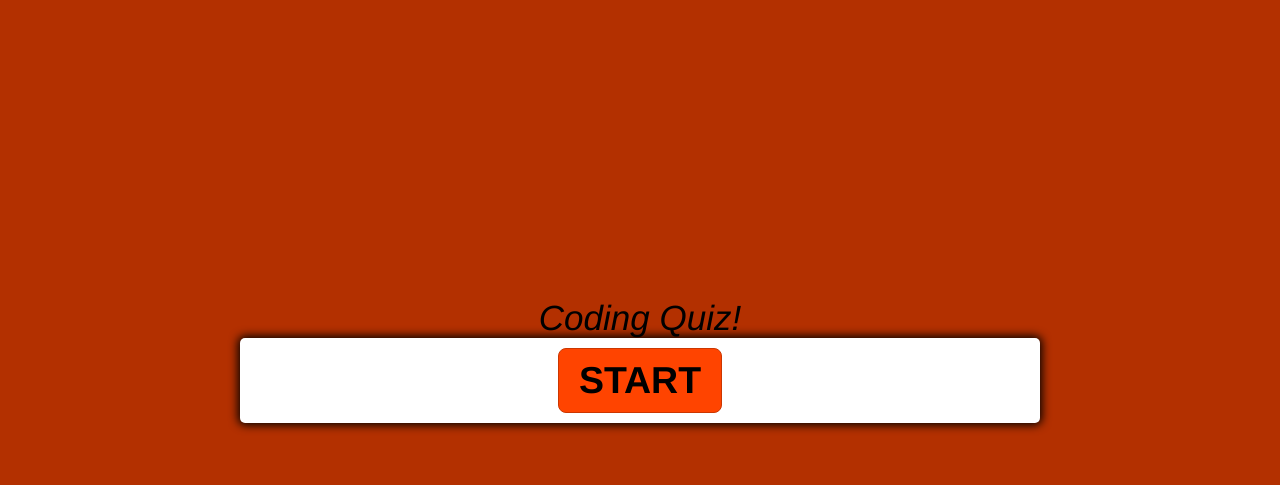
Repository: Vshepard879/Code-Quiz
Page: index.html
These files come from the project's save history. The page is drawn as it stood at one moment and after the next save; the edit follows.
The browser window is 1280 px wide. The pictures show the whole page.

Above is the page before, as saved 2022-03-18 06:13:51.
Console error: TypeError: Cannot set properties of null (setting 'innerHTML')

### index.html
<!DOCTYPE html>
<html lang="en">
<head>
    <meta charset="UTF-8">
    <meta http-equiv="X-UA-Compatible" content="IE=edge">
    <meta name="viewport" content="width=device-width, initial-scale=1.0">
    <link href="./assets/css/style.css" link rel="stylesheet">
    <script defer src="./assets/js/script.js"></script>
    <title>Quiz App</title>
</head>

<body>
    <header>Coding Quiz!</header>

    <!--Start Quiz Container-->
    <div class="container">
        <div id="question-container" class="hide">
                <div id="question">Question</div>
                <div id="answer-buttons" class="btn-grid">
                <button class="btn">Answer 1</button>
                <button class="btn">Answer 2</button>
                <button class="btn">Answer 3</button>
                <button class="btn">Answer 4</button>
            </div>
        </div>
        <div class="controls counts">
            <button id="start-btn" class="start-btn btn">START</button>
            <button id="next-btn" class="next-btn btn hide">Next</button>
        </div>

    </div>
</body>
</html>

### assets/css/style.css
*, *::before, *::after {
    box-sizing: border-box;
    font-family: 'Franklin Gothic Medium', 'Arial Narrow', Arial, sans-serif;
    font-size: 25px;
}

:root {
    --hue-neutral: 16;
    --hue-wrong: 0;
    --hue-correct: 145;
}

header {
    font-style: italic;
    font-size: 35px;
}
body{
    --hue: var(--hue-neutral);
    padding: 0;
    margin: 0;
    display: flex;
    flex-direction: column;
    width: 100vw;
    height: 100vh;
    justify-content:center;
    align-items:center;
    background-color:hsl(var(--hue), 100%, 35%);
}




body.correct {
    --hue: var(--hue-correct);
}

body.wrong {
    --hue: var(--hue-wrong);
}


.container {
    width: 800px;
    max-width: 70%;
    background-color: white;
    border-radius: 5px;
    padding: 10px;
    box-shadow: 0 0 10px 2px;
}

.btn-grid {
    display: grid;
    grid-template-columns: repeat(2, auto);
    gap: 15px;
    margin: 20px 0;
}


.btn {
    --hue: var(--hue-neutral);
    border: 1px solid hsl(var(--hue),100%, 40%);
    background-color: hsl(var(--hue), 100%, 50%);
    border-radius: 8px;
    padding: 5px 10px;
    color: black;
    outline: none;
}

.btn:hover {
    border-color: black;
}

.btn.correct {
    --hue: var(--hue-correct)
}

.btn.wrong {
    --hue: var(--hue-wrong)
}

.start-btn, .next-btn {
    font-size: 1.5rem;
    font-weight: bold;
    padding: 10px 20px;
}

.controls {
    display: flex;
    justify-content: center;
    align-items: center;
    gap: 5px;
}

.hide {
    display: none;
}

### assets/js/script.js
const startButton = document.getElementById('start-btn')
const nextButton = document.getElementById('next-btn')
const questionContainerElement = document.getElementById('question-container')
const questionElement = document.getElementById( 'question')
const answerButtonsElement = document.getElementById('answer-buttons')
let shuffledQuestions, currentQuestionIndex

startButton.addEventListener('click', startQuiz)
nextButton.addEventListener('click', () => {
    currentQuestionIndex++
    setNextQuestion()
})
// function that starts the Quiz

function startQuiz() {
startButton.classList.add('hide')
 shuffledQuestions = questions.sort(() => Math.random() - .5)
currentQuestionIndex = 0
questionContainerElement.classList.remove('hide')
setNextQuestion()
}

var count = 15;
var interval = setInterval(function(){
  document.getElementById('count').innerHTML=count;
  startButton.addEventListener('count', startQuiz)
  count--;
  if (count === 0){
    clearInterval(interval);
    document.getElementById('count').innerHTML='Done';
    // or...
    alert("You're out of time!");
  }
}, 1000);

function setNextQuestion() {
    resetState()
    showQuestion(shuffledQuestions[currentQuestionIndex])
    }
function showQuestion(question) {
    questionElement.innerText =question.question
    question.answers.forEach(answer => {
        const button = document.createElement('button')
        button.innerText = answer.text
        button.classList.add('btn')
      if   (answer.correct) {
          button.dataset.correct = answer.correct
      }
      button.addEventListener('click', selectAnswer)
      answerButtonsElement.appendChild(button)
    })
}
// this function is used to reset each question
function resetState() {
    nextButton.classList.add('hide')
    while (answerButtonsElement.firstChild) {
        answerButtonsElement.removeChild
        (answerButtonsElement.firstChild)
    }
}
function selectAnswer(v) {
const selectedButton = v.target
const correct =selectedButton.dataset.correct
setStatusClass(document.body, correct)
Array.from(answerButtonsElement.children).forEach(button => {
    setStatusClass(button, button.dataset.correct)
})
if (shuffledQuestions.length > currentQuestionIndex +1) {
    nextButton.classList.remove('hide')
} else {
    startButton.innerText = 'Restart'
    startButton.classList.remove('hide')
}
nextButton.classList.remove('hide')
}

function setStatusClass(element, correct) {
    clearStatusClass(element)
    if (correct) {
        element.classList.add('correct')
    } else {
        element.classList.add('wrong')
    }

    function clearStatusClass(element) {
        element.classList.remove('correct')
        element.classList.remove('wrong')
    }

}
// the arrays of questions and answers
const questions = [
    {
        question: 'Which of these is not one of the 3 Initial coding languages?',
        answers: [
            { text:'Python', correct: true},
            { text:'HTML', correct: false},
            { text:'CSS', correct: false},
            { text:'JavaScript', correct: false},
        ]
    },
    {
        question: 'What does the C in CSS stand for?',
        answers: [
            { text:'Chocolate', correct: false},
            { text:'Corporate', correct: false},
            { text:'Cascading', correct: true},
            { text:'Computer', correct: false},
        ]
    },
    {
        question: 'Arrays in Javascript can be used to store?',
        answers: [
            { text:'Numbers and Strings', correct: false},
            { text:'Booleans', correct: false},
            { text:'Other Arrays', correct: false},
            { text:'All of the above', correct: true},
        ]
    },
    {
        question: 'The condition in an if/else statement are store in?',
        answers: [
            { text:'Parenthesis', correct: true},
            { text:'curly brackets', correct: false},
            { text:'brackets', correct: false},
            { text:'commas', correct: false},
        ]},
        {
            question: 'A very useful tool during the development and debugging stage used to print to the debugger is?',
            answers: [
                { text:'Array', correct: false},
                { text:'.dataset', correct: false},
                { text:'console.log', correct: true},
                { text:'=>', correct: false},
            ]},
            {
                question: 'Commonly used data types do not include?',
                answers: [
                    { text:'Booleans', correct: false},
                    { text:'Strings', correct: false},
                    { text:'Numbers', correct: false},
                    { text:'Alerts', correct: true},
                ]},
            ]

After the next save:
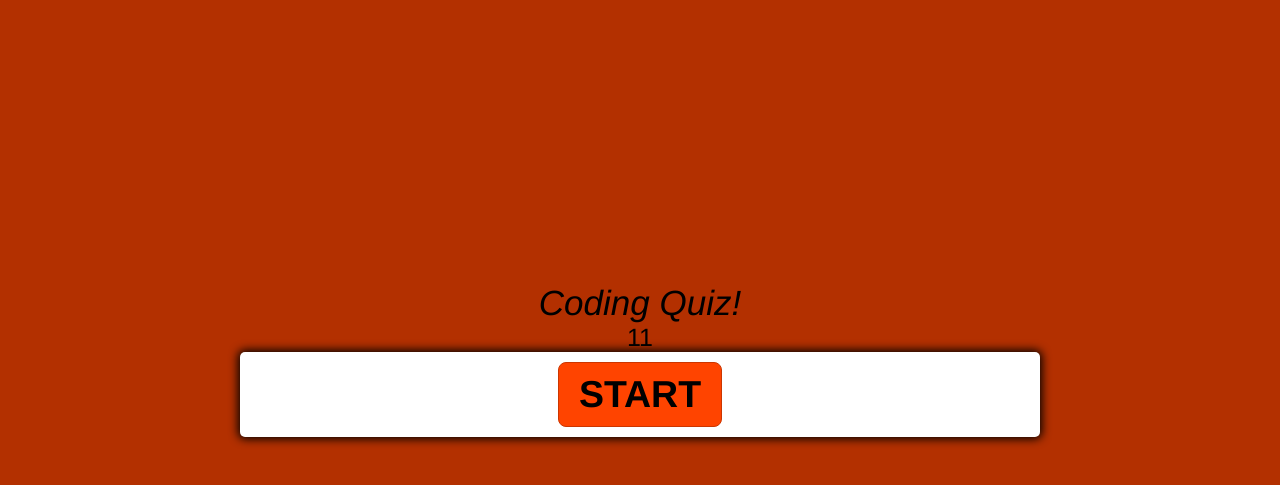
The error is gone.
Saved 93 s later.
--- a/index.html
+++ b/index.html
@@ -11,7 +11,7 @@
 
 <body>
     <header>Coding Quiz!</header>
-
+    <div id="count">Timer</div>
     <!--Start Quiz Container-->
     <div class="container">
         <div id="question-container" class="hide">
